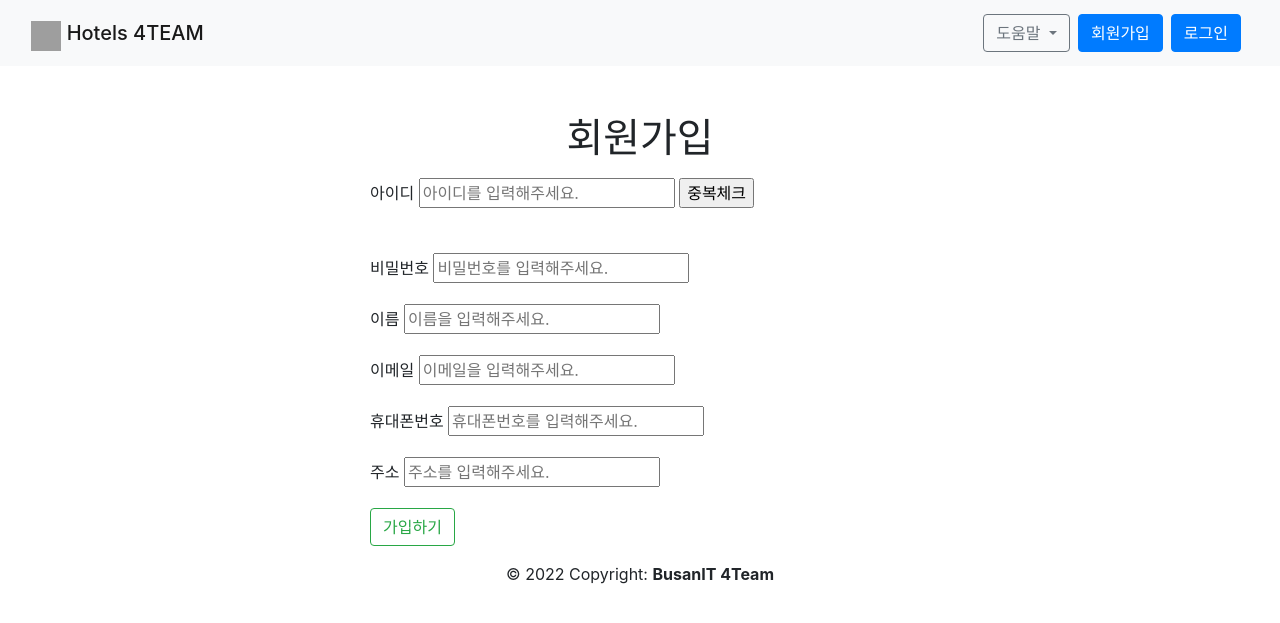
Repository: ShinKioh/Hotel_project
Page: http://localhost/HOTEL/register.jsp
An editor plug-in stored every save of this project. The page is shown before and after the next save, followed by the edit.
The browser window is 1280 px wide. The pictures show the whole page.
Pictures or frames that could not be fetched are drawn as grey boxes. The page is served by Tomcat 9.

Above is the page before, as saved 2022-02-23 02:11:42.

After the next save:
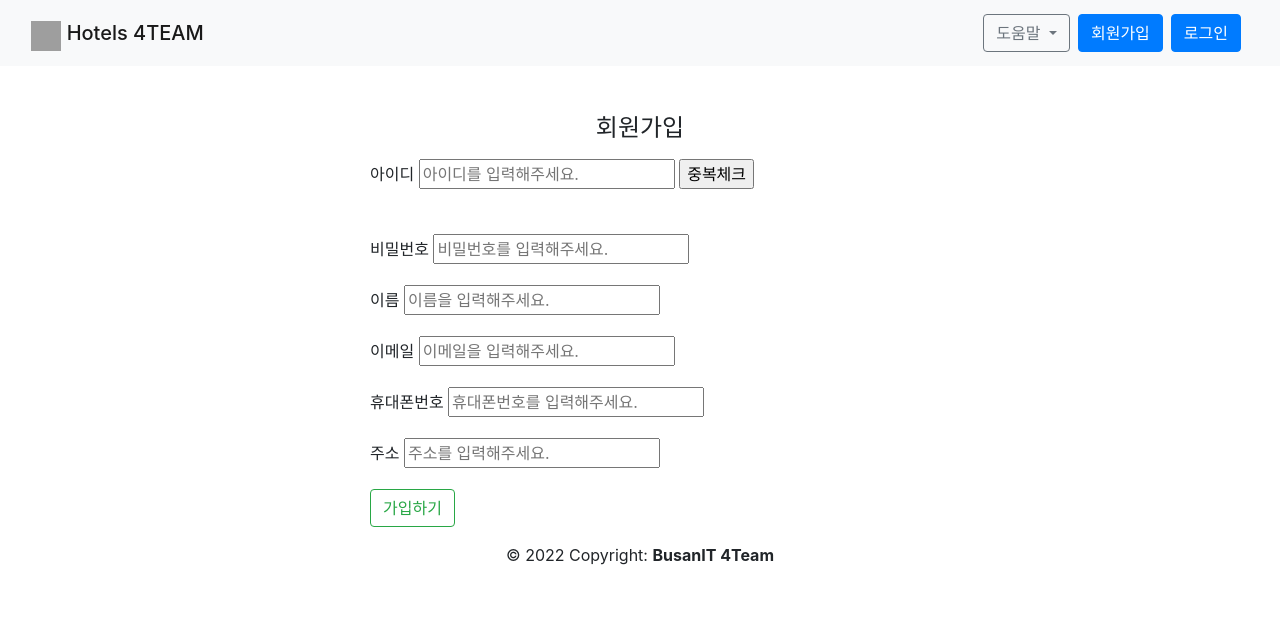
Saved 108 s later.
--- a/HOTEL/WebContent/register.jsp
+++ b/HOTEL/WebContent/register.jsp
@@ -37,7 +37,7 @@
 	<div class="container">
 		<div class="row mt-5">
 			<div class="col-md-6 mx-auto">
-				<h1 class="text-center">회원가입</h1>
+				<h4 class="text-center mb-3">회원가입</h4>
 				<form action="<%=request.getContextPath()%>/register" method="post">
 					<div class="form-group">
 						<input type="hidden" name="action" value="registerUser">
